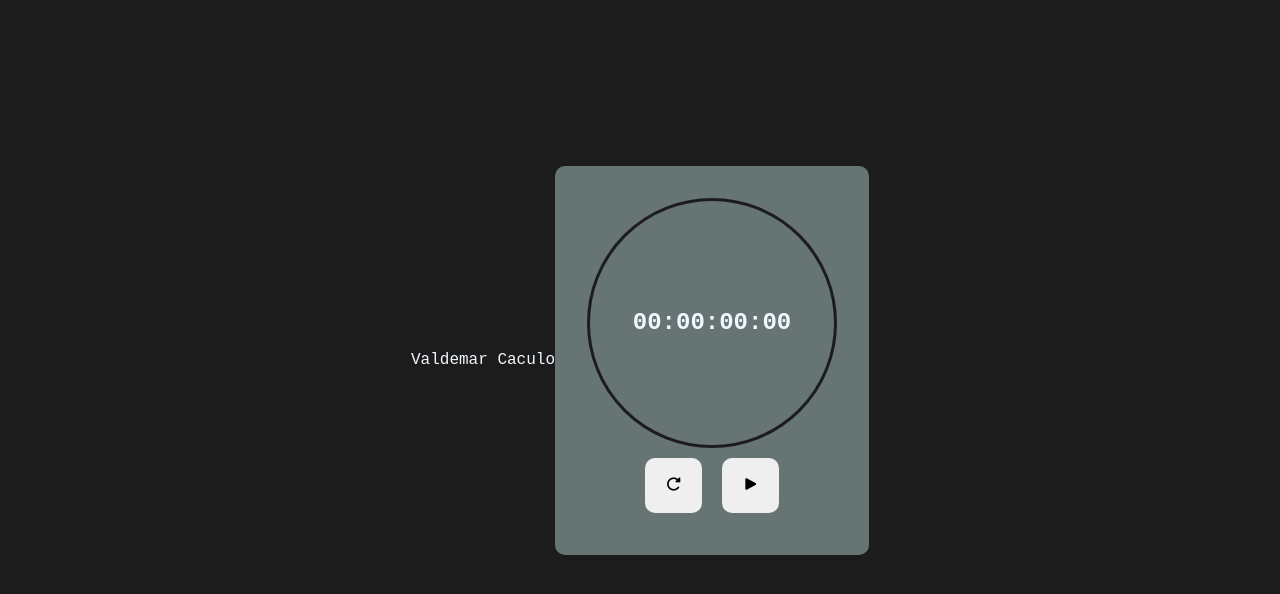
Repository: ValdemarCaculo/TEMPORIZADOR
Page: index.html
These files come from the project's save history. The page is drawn as it stood at one moment and after a run of saves; the edit follows.
The browser window is 1280 px wide. The pictures show the whole page.
Some web libraries are served in a nearby version.

Above is the page before, as saved 2025-12-06 15:34:29.

After the next 2 saves:
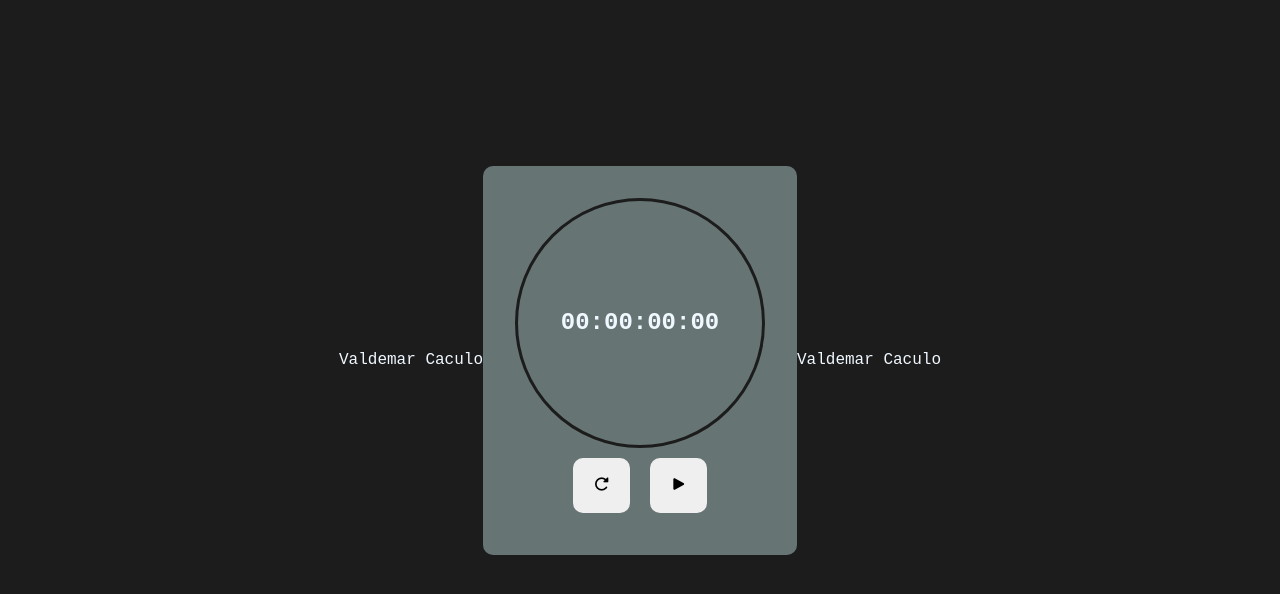
The 2 saves are shown as one change because they came seconds apart.
The last was saved 14 s later.
--- a/index.html
+++ b/index.html
@@ -28,6 +28,7 @@
 
         </div>
     </div>
+    <p>Valdemar Caculo</p>
 
 
 
